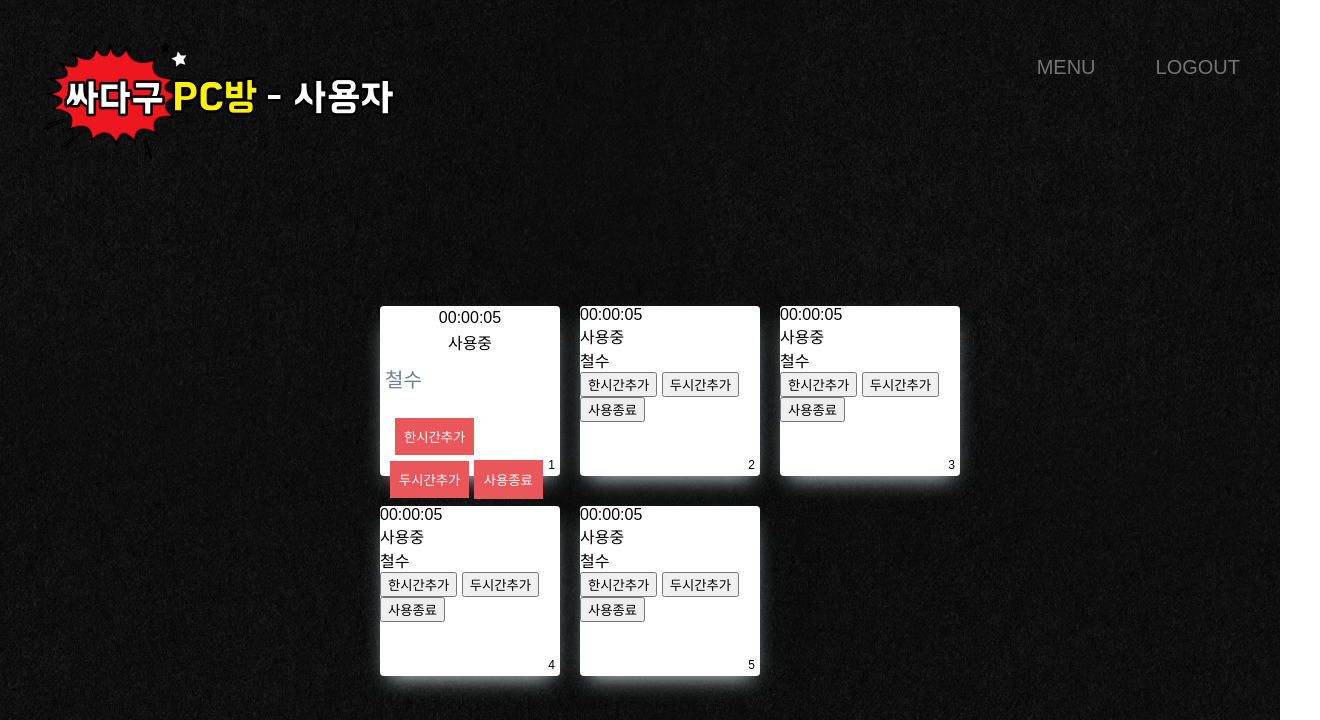
Repository: lkwoung/webProject-assignment
Page: http://localhost/CheapPC/userSeat.jsp
An editor plug-in stored every save of this project. The page is shown before and after the next save, followed by the edit.
The browser window is 1280 px wide. The page is 1320 px wide, so the pictures cover 1320 px, including what lies to the right of the window. The pictures show the whole page.
Some web fonts or font styles are not loaded; a fallback is used. The page is served by Tomcat 9.

Above is the page before, as saved 2020-12-13 13:24:08.

After the next save:
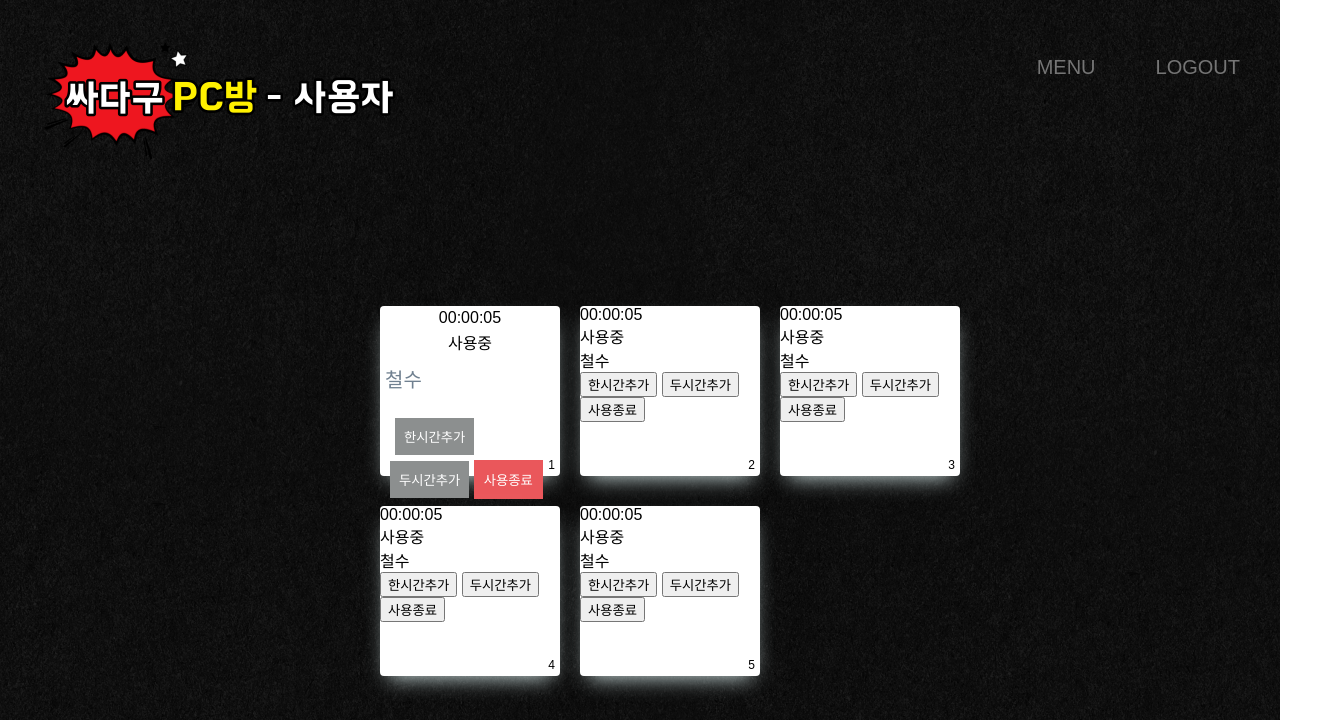
Saved 35 s later.
--- a/CheapPC/WebContent/userSeat.jsp
+++ b/CheapPC/WebContent/userSeat.jsp
@@ -35,8 +35,8 @@
          <div id="0-user" style="padding-left:5px; font-size:20px; color:#708090; padding-bottom:20px;"> </div>
          <div class="0buttons" style="top:20%; padding-left:10px; ">
 
-         <input type="button" style="background:#EA575B; margin:5px;color:#fff;border:none; font-family:'Hanna', sans-serif;padding:9px;"onclick="fncAddTime(0,3600);" value="한시간추가"/>
-         <input type="button" style="background:#EA575B; color:#fff;border:none; font-family:'Hanna', sans-serif;padding:9px;"onclick="fncAddTime(0,7200);" value="두시간추가"/>
+         <input type="button" style="background:#8c8f8f; margin:5px;color:#fff;border:none; font-family:'Hanna', sans-serif;padding:9px;"onclick="fncAddTime(0,3600);" value="한시간추가"/>
+         <input type="button" style="background:#8c8f8f; color:#fff;border:none; font-family:'Hanna', sans-serif;padding:9px;"onclick="fncAddTime(0,7200);" value="두시간추가"/>
          <input type="button" style="background:#EA575B; color:#fff;border:none; font-family:'Hanna', sans-serif;padding:10px;"onclick="fucEndTimer(0);" value="사용종료"/>
          </a>
          </div>
